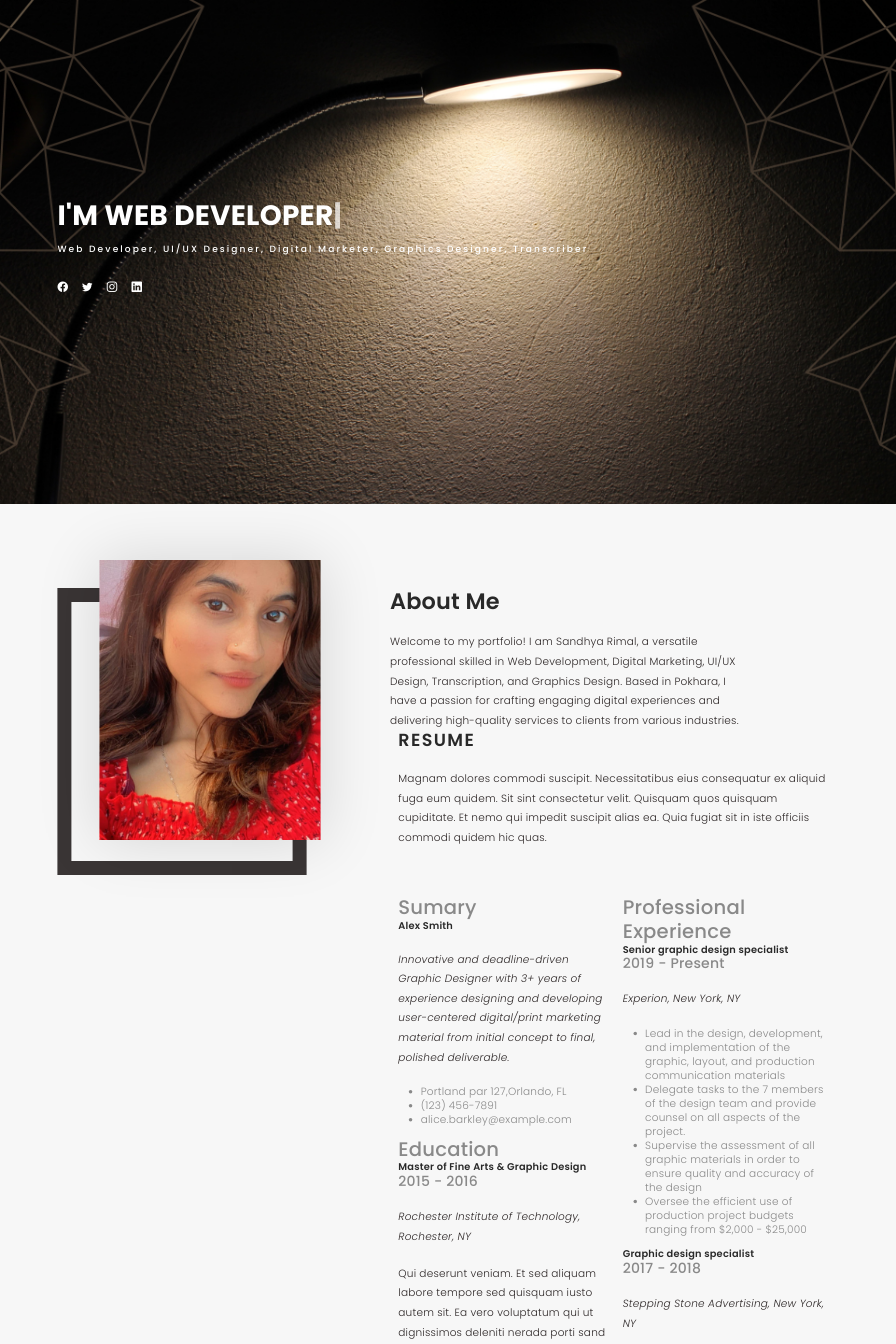
Repository: sandhya8109/portfolio
Page: index.html
The author's editor kept a copy of each file at every save. The page is drawn from the files as they stood at one save, then again after the next save.
The browser window is 1280 px wide. The pictures show the part of the page from y = 0 to 1920 px (the page is 5377 px tall before and 5140 px after), at 70% of full size.
Some web fonts or font styles are not loaded; a fallback is used.

Above is the page before, as saved 2023-11-20 19:41:46.

After the next save:
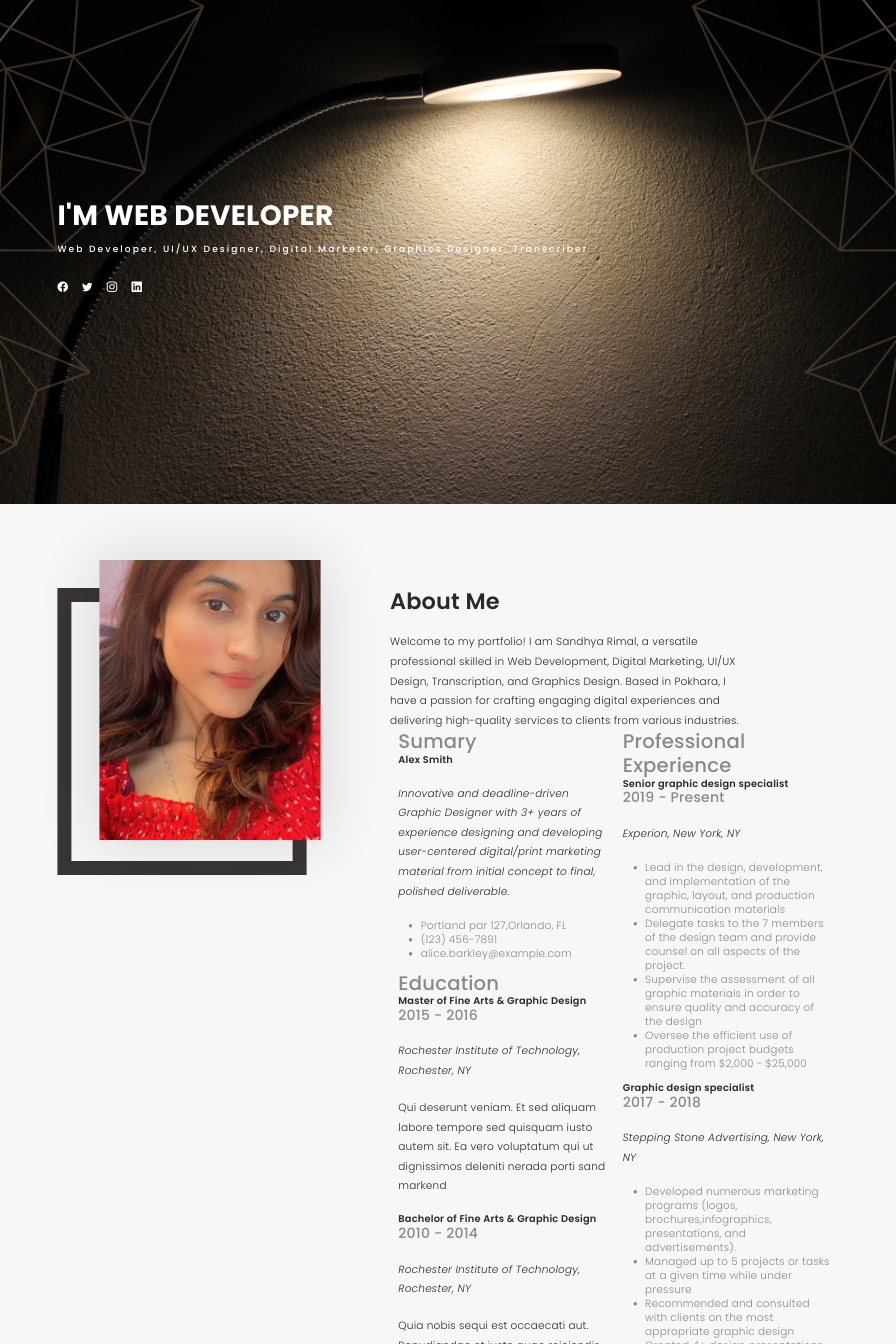
Saved 28 s later.
--- a/index.html
+++ b/index.html
@@ -110,11 +110,6 @@
               <section id="resume" class="resume">
                 <div class="container">
 
-                  <div class="section-title">
-                    <h2>Resume</h2>
-                    <p>Magnam dolores commodi suscipit. Necessitatibus eius consequatur ex aliquid fuga eum quidem. Sit sint consectetur velit. Quisquam quos quisquam cupiditate. Et nemo qui impedit suscipit alias ea. Quia fugiat sit in iste officiis commodi quidem hic quas.</p>
-                  </div>
-
                   <div class="row">
                     <div class="col-lg-6 aos-init aos-animate" data-aos="fade-up">
                       <h3 class="resume-title">Sumary</h3>
